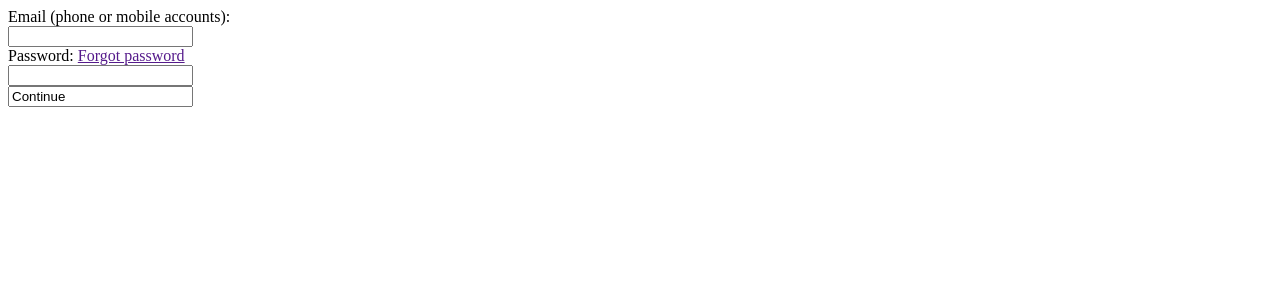
Repository: brittmarie333/replica
Page: index.html
An editor plug-in stored every save of this project. The page is shown before and after the next save, followed by the edit.
The browser window is 1280 px wide. The pictures show the whole page.

Above is the page before, as saved 2023-11-12 16:44:34.

After the next save:
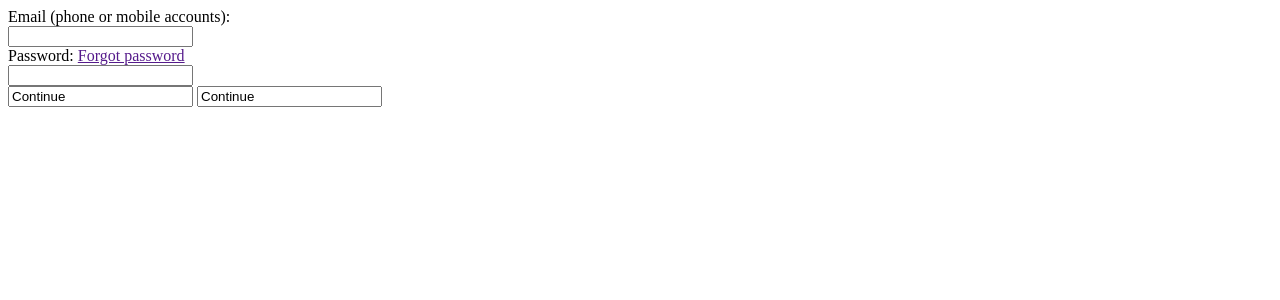
Saved 8 s later.
--- a/index.html
+++ b/index.html
@@ -12,6 +12,7 @@
         <label for="pword">Password: </label> <text align="right"><a href="">Forgot password</a></text><br>
         <input type="text" id="lname" name="lname" ><br>
         <text area color= "gold"><input type="Continue" value="Continue">
+            <text area color= "gold"><input type="Continue" value="Continue">
       </form>
 
 

After the 4 saves that followed:
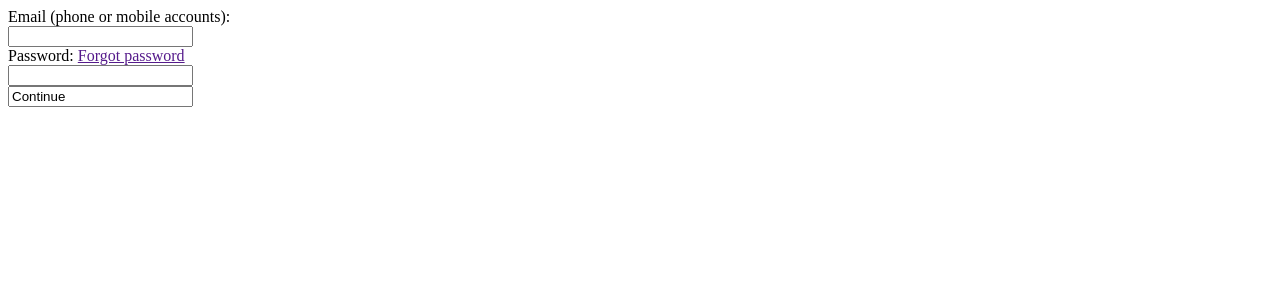
The 4 saves are shown as one change because 1 left the picture as it was and some came seconds apart.
The last was saved 15 s later.
--- a/index.html
+++ b/index.html
@@ -12,7 +12,6 @@
         <label for="pword">Password: </label> <text align="right"><a href="">Forgot password</a></text><br>
         <input type="text" id="lname" name="lname" ><br>
         <text area color= "gold"><input type="Continue" value="Continue">
-            <text area color= "gold"><input type="Continue" value="Continue">
       </form>
 
 
